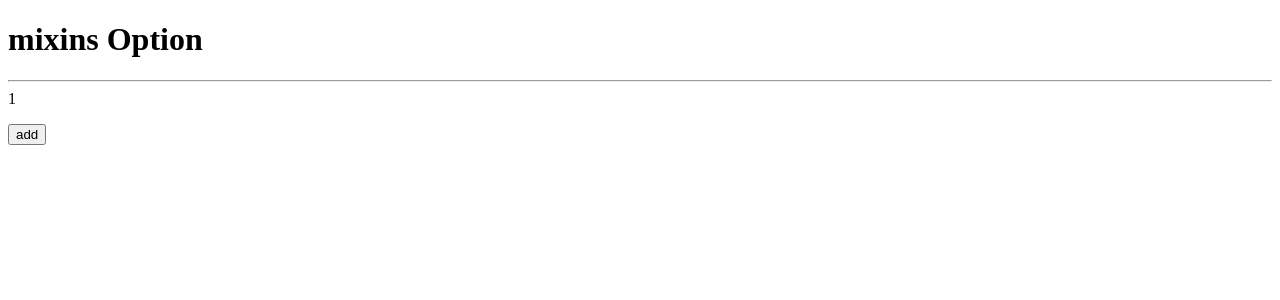
Repository: 13982720426/vue2.0-LearningNotes
Page: example/extends.html
These files come from the project's save history. The page is drawn as it stood at one moment and after the next save; the edit follows.
The browser window is 1280 px wide. The pictures show the whole page.

Above is the page before, as saved 2021-06-25 22:44:52.

After the next save:
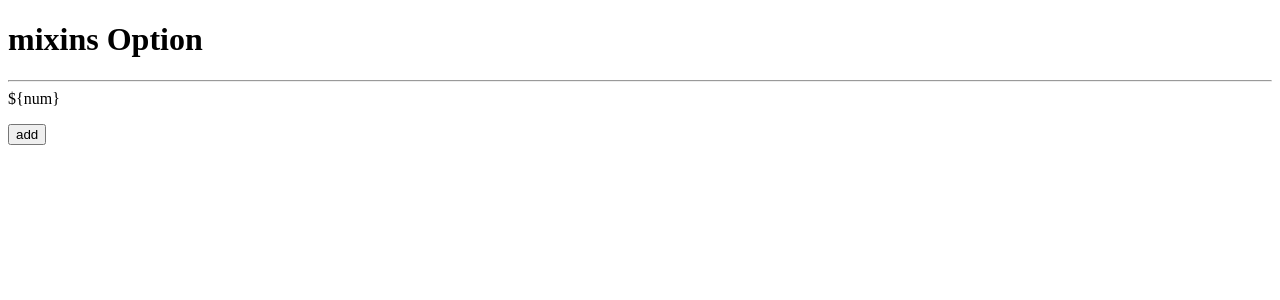
Saved 102 s later.
--- a/example/extends.html
+++ b/example/extends.html
@@ -11,7 +11,7 @@
     <h1>mixins Option</h1>
     <hr />
     <div id="app">
-      {{num}}
+      ${num}
       <p><button @click="add">add</button></p>
     </div>
     <script type="text/javascript">

After the save that followed:
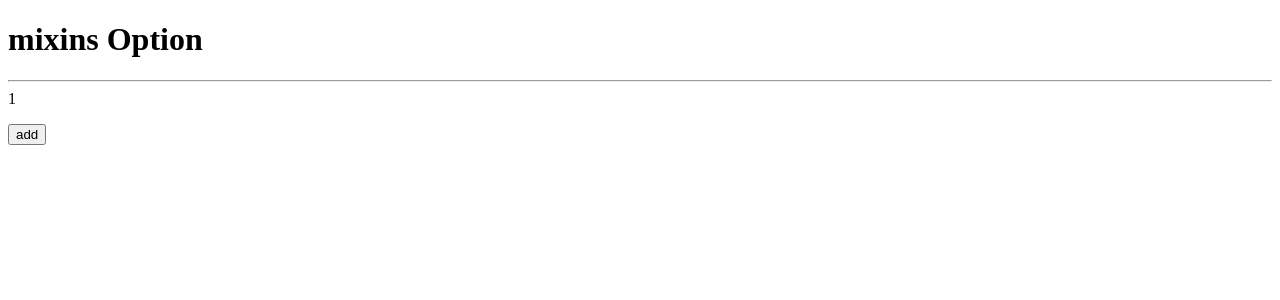
Saved 61 s later.
--- a/example/extends.html
+++ b/example/extends.html
@@ -41,6 +41,7 @@
           },
         },
         extends: extendsObj,
+        delimiters: ['${', '}'],
       });
     </script>
   </body>
